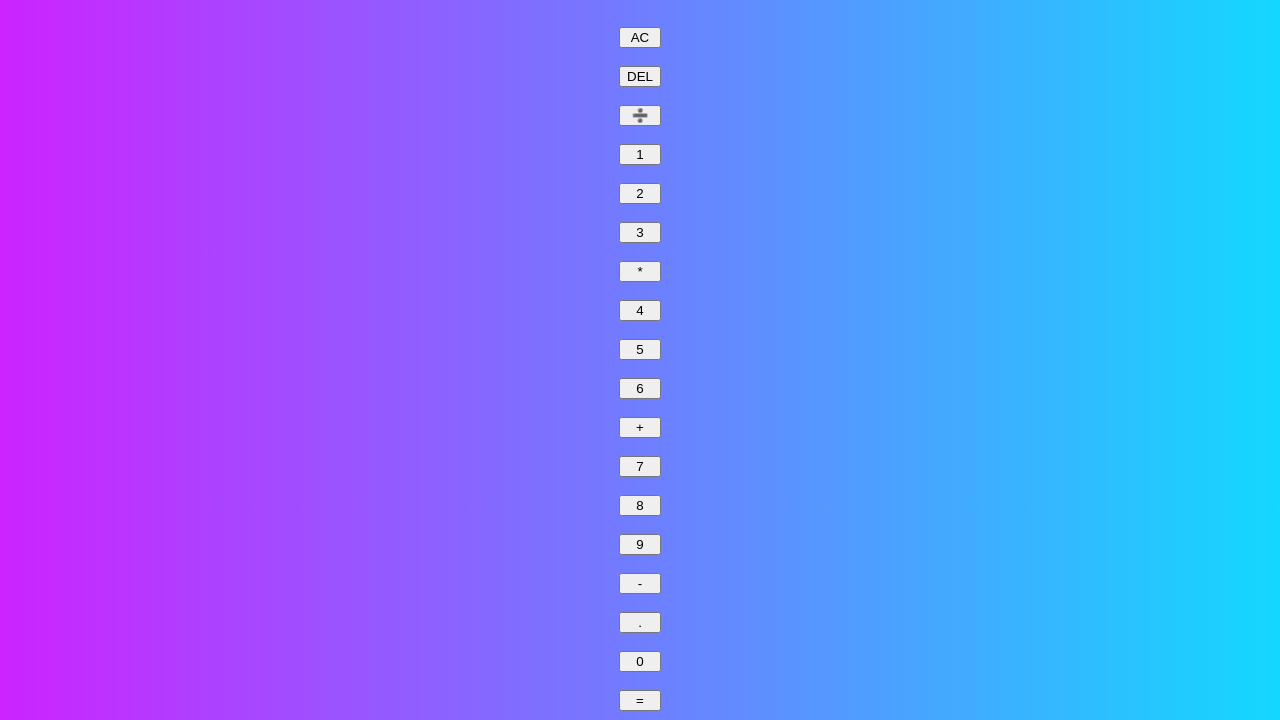
Repository: burntaftermint/calculator
Page: index.html
The author's editor kept a copy of each file at every save. The page is drawn from the files as they stood at one save, then again after the next save.
The browser window is 1280 px wide. The pictures show the whole page.

Above is the page before, as saved 2023-11-01 02:25:36.

### index.html
<!DOCTYPE html>
<html lang="en">
<head>
    <meta charset="UTF-8">
    <meta name="viewport" content="width=device-width, initial-scale=1.0">
    <title>Calculator</title>
    <link href="styles.css" rel="stylesheet">
    <script src="script.js" defer></script>
</head>
<body>
    <div class="calculator-grid">
        <div class="output">
            <div class="previous-operand"></div>
                <div class="current-operand"></div>
        </div>
        <button class="span-two">AC</button>
        <button>DEL</button>
        <button>➗</button>
        <button>1</button>
        <button>2</button>
        <button>3</button>
        <button>*</button>
        <button>4</button>
        <button>5</button>
        <button>6</button>
        <button>+</button>
        <button>7</button>
        <button>8</button>
        <button>9</button>
        <button>-</button>
        <button>.</button>
        <button>0</button>
        <button class="span-two">=</button>

    </div>
</body>
</html>

### styles.css
*::before, *::after {
    box-sizing: border-box;
    font-family: Gotham Rounded, sans-serif;
    font-weight: normal;
}

body {
    padding: 0;
    margin: 0;
    background: linear-gradient(to right, #cc23ff, #13d8ff);
}

.calculator-grid {
    display: grid;
    justify-content: center;
    align-items: center;
    min-height: 100vh;
}

Loaded but not shown: script.js (no copy from this time; the picture is the same without it)

After the next save:
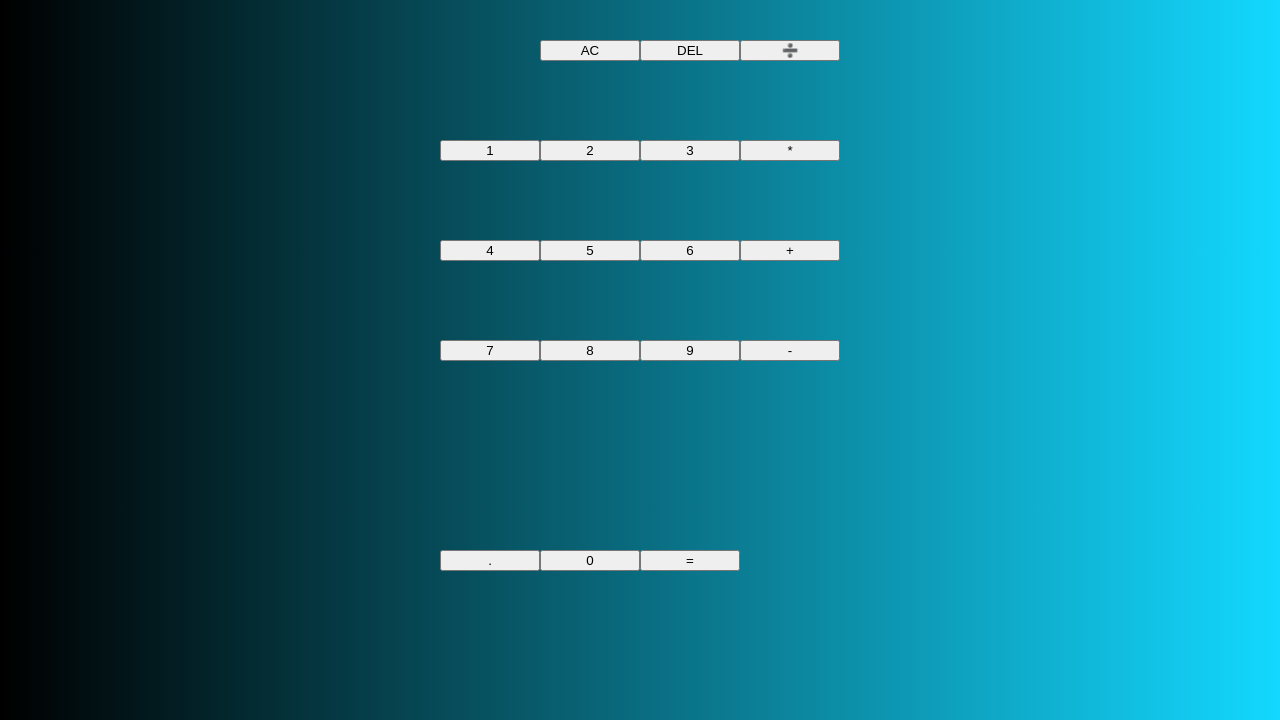
Saved 3 min 42 s later.
--- a/styles.css
+++ b/styles.css
@@ -7,7 +7,7 @@
 body {
     padding: 0;
     margin: 0;
-    background: linear-gradient(to right, #cc23ff, #13d8ff);
+    background: linear-gradient(to right, #000000, #13d8ff);
 }
 
 .calculator-grid {
@@ -15,4 +15,6 @@ body {
     justify-content: center;
     align-items: center;
     min-height: 100vh;
+    grid-template-columns: repeat(4, 100px);
+    grid-template-rows: repeat(4, 100px);
 }
